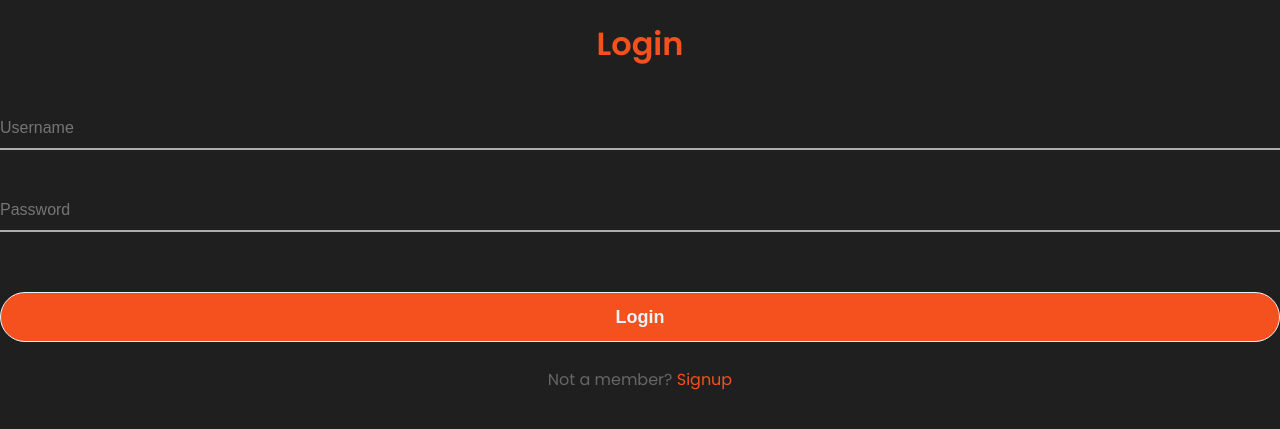
Repository: long5122000/Shopc
Page: login.html
These files come from the project's save history. The page is drawn as it stood at one moment and after the next save; the edit follows.
The browser window is 1280 px wide. The pictures show the whole page.
The style sheet was rebuilt from its Sass, Less or Tailwind sources for each picture, by a compiler version that may differ from the author's.

Above is the page before, as saved 2021-11-30 21:23:40.

### login.html
<!DOCTYPE html>
<html lang="en">
  <head>
    <meta charset="UTF-8" />
    <meta http-equiv="X-UA-Compatible" content="IE=edge" />
    <meta name="viewport" content="width=device-width, initial-scale=1.0" />
    <title>Document</title>
    <link rel="stylesheet" href="./css/app.css" />
  </head>
  <body>
    <div class="container-rs">
      <h1 class="register__title">Login</h1>
      <form>
        <div class="form-control">
          <input
            class="register__form"
            type="text"
            id="username"
            placeholder="Username"
          />
          <span></span>
          <small></small>
        </div>

        <div class="form-control">
          <input type="password" id="password" placeholder="Password" />
          <span></span>
          <small></small>
        </div>

        <input type="submit" value="Login" />
        <div class="signup_link">
          Not a member? <a href="./register.html">Signup</a>
        </div>
      </form>
    </div>
  </body>
</html>

### sass/app.scss
@import "variables";
@import "reset";
@import "mixin";
@import "base";
@import "header";
@import "cart";
@import "search";
@import "info";
@import "home";
@import "category";
@import "about";
@import "hot";
@import "discount";
@import "new";
@import "newsletter";
@import "footer";
@import "modal";
@import "scroll";
@import "register";
@import "breakpoints";

### sass/_variables.scss
@import url("https://fonts.googleapis.com/css2?family=Poppins:wght@400;500;600;900&display=swap");
:root {
  --header-height: 3.5rem;
  /* Colors */
  --hue: 14;
  --first-color: hsl(var(--hue), 91%, 54%);
  --menu-color: hsl(31, 76%, 74%);
  --button-color: hsl(0, 0%, 24%);
  --button-color-alt: hsl(0, 0%, 28%);
  --title-color: hsl(0, 0%, 95%);
  --text-color: hsl(0, 0%, 75%);
  --body-color: hsl(0, 0%, 12%);
  --container-color: hsl(0, 0%, 16%);
  --border-color: hsl(0, 0%, 20%);
  --border-color: hsl(0, 0%, 94%);
  --dark1: #3e363f;
  --dark2: #212527;
  --light1: #fffce8;
  --light2: #edf7f6;
  --red: #df4747;
  --green: #47df5b;
  --transition250: all 250ms ease-in-out;
  --transition500: all 500ms ease-in-out;
  /* Font and typography */
  --body-font: "Poppins", sans-serif;
  --biggest-font-size: 2rem;
  --h1-font-size: 1.5rem;
  --h2-font-size: 1.25rem;
  --h3-font-size: 1rem;
  --normal-font-size: 0.938rem;
  --small-font-size: 0.813rem;
  /* font weight */
  --font-medium: 500;
  --font-semi-bold: 600;
  --font-black: 900;
  /* margenes bottom */
  --mb-0-25: 0.25rem;
  --mb-0-5: 0.5rem;
  --mb-0-75: 0.75rem;
  --mb-1: 1rem;
  --mb-1-5: 1.5rem;
  --mb-2: 2rem;
  --mb-2-5: 2.5rem;
  /* z-index */
  --z-tooltip: 10;
  --z-fixed: 100;

  @media screen and (min-width: 992px) {
    --biggest-font-size: 4rem;
    --h1-font-size: 2.25rem;
    --h2-font-size: 1.5rem;
    --h3-font-size: 1.25rem;
    --normal-font-size: 1rem;
    --small-font-size: 0.875rem;
    --smaller-font-size: 0.813rem;
  }
}

/*=============== GOOGLE FONTS ===============*/

### sass/_reset.scss
html {
  box-sizing: border-box;
}
* {
  margin: 0;
  padding: 0;
}
*,
*:before,
*:after {
  box-sizing: border-box;
}
input,
textarea,
select,
button {
  outline: none;
  border: none;
}
input {
  line-height: normal;
}
label,
button {
  cursor: pointer;
}
a {
  text-decoration: none;
}
img {
  display: block;
  max-width: 100%;
}

### sass/_mixin.scss
@mixin flex(
  $align: flex-start,
  $justify: flex-start,
  $wrap: nowrap,
  $dir: row
) {
  display: flex;
  justify-content: $justify;
  align-items: $align;
  flex-wrap: $wrap;
  flex-direction: $dir;
}
@mixin maxw($breakpoint) {
  @media screen and (max-width: $breakpoint) {
    @content;
  }
}
@mixin minw($breakpoint) {
  @media screen and (min-width: $breakpoint) {
    @content;
  }
}
@mixin center {
  display: flex;
  justify-content: center;
  align-items: center;
}

### sass/_base.scss
* {
  box-sizing: border-box;
  padding: 0;
  margin: 0;
}
html {
  scroll-behavior: smooth;
}
body {
  margin: var(--header-height) 0 0 0;
  font-family: var(--body-font);
  font-size: var(--normal-font-size);
  background: var(--body-color);
  color: var(--text-color);
}
h1,
h2,
h3,
h4 {
  color: var(--title-color);
  font-weight: var(--font-semi-bold);
}
ul {
  list-style: none;
}
.section {
  padding: 4.5rem 0 2rem;
}
.section__title {
  font-size: var(--h2-font-size);
  margin-bottom: var(--mb2);
  text-align: center;
}
.container {
  max-width: 1240px;
  margin-left: var(--mb-1-5);
  margin-right: var(--mb-1-5);
}
.grid {
  display: grid;
}
.main {
  overflow: hidden;
}
::-webkit-scrollbar {
  width: 0.6rem;
  background: #413e3e;
}
::-webkit-scrollbar-thumb {
  background: #272525;
  border-radius: 0.5rem;
}
.button {
  display: inline-block;
  background-color: var(--first-color);
  color: var(--title-color);
  padding: 1rem 1.75rem;
  border-radius: 0.5rem;
  font-weight: var(--font-medium);
  transition: 0.3s;
  &:hover {
    background-color: var(--first-color-alt);
  }
  &--ghost {
    border: 2px solid;
    background-color: transparent;
    border-radius: 3rem;
    padding: 0.75rem 1.5rem;
    &:hover {
      background: none;
    }
  }
  &__icon {
    font-size: 1.25rem;
  }
  &--link {
    color: var(--title-color);
  }
  &--flex {
    display: inline-flex;
    align-items: center;
    column-gap: 0.5rem;
  }
}

### sass/_header.scss
.header {
  width: 100%;
  background: var(--body-color);
  position: fixed;
  top: 0;
  left: 0;
  z-index: var(--z-fixed);
}
.nav {
  height: var(--header-height);
  @include flex(center, space-between);
  &__logo {
    @include flex(center);
    column-gap: 0.5rem;
    font-weight: var(--font-medium);
    &-img {
      width: 1.25rem;
    }
  }
  &__link,
  &__logo,
  &__toggle,
  &__close {
    color: var(--title-color);
  }
  &__toggle {
    font-size: 1.25rem;
    cursor: pointer;
  }
  @include maxw(767px) {
    &__menu {
      position: fixed;
      width: 100%;
      background: var(--container-color);
      top: -150%;
      left: 0;
      padding: 3.5rem 0;
      transition: 0.4s;
      z-index: var(--z-fixed);
      border-radius: 0 0 1.5rem 1.5rem;
    }
  }
  &__img {
    width: 100px;
    position: absolute;
    top: 0;
    left: 0;
  }
  &__close {
    font-size: 1.8rem;
    position: absolute;
    top: 0.5rem;
    right: 0.7rem;
    cursor: pointer;
  }
  &__list {
    @include flex(center, flex-start, nowrap, column);
    row-gap: 1.5rem;
  }
  &__link {
    text-transform: uppercase;
    font-weight: var(--font-black);
    transition: 0.4;
    &:hover {
      color: var(--text-color);
    }
  }
  &__btns {
    display: flex;
    font-size: var(--h2-font-size);
    gap: 0 20px;
  }
  &__shop {
    font-size: 1.25rem;
    cursor: pointer;
  }
}

.show-menu {
  top: 0;
}

.active {
  &-link {
    position: relative;
    &::before {
      content: "";
      position: absolute;
      bottom: -0.75rem;
      left: 45%;
      width: 5px;
      height: 5px;
      background-color: var(--title-color);
      border-radius: 50%;
    }
  }
}

### sass/_cart.scss
/*=============== CART ===============*/
.cart {
  position: fixed;
  background-color: rgb(59, 59, 59);
  z-index: var(--z-fixed);
  width: 100%;
  height: 100%;
  top: 0;
  right: -100%;
  padding: 3.5rem 2rem;
  transition: 0.4s;
  overflow-y: scroll;

  &__title-center {
    font-size: var(--h2-font-size);
    text-align: center;
    margin-bottom: var(--mb-3);
  }

  &__close {
    font-size: 2rem;
    color: var(--title-color);
    position: absolute;
    top: 1.25rem;
    right: 0.9rem;
    cursor: pointer;
  }

  &__container {
    display: grid;
    row-gap: 1.5rem;
  }

  &__card {
    display: flex;
    align-items: center;
    column-gap: 1rem;
  }
  &__box {
    background-color: var(--container-color);
    padding: 0.75rem 1.25rem;
    border: 1px solid #5c5c5c;
  }
  &__img {
    width: 50px;
  }
  &__title {
    font-size: var(--normal-font-size);
    margin-bottom: 0.5rem;
  }
  &__price {
    display: block;
    font-size: var(--small-font-size);
    color: var(--menu-color);
    margin-bottom: var(--mb-1-5);
  }
  &__amount,
  &__amount-content {
    display: flex;
    align-items: center;
  }
  &__amount {
    column-gap: 3rem;

    &-content {
      column-gap: 1rem;
    }
    &-box {
      display: inline-flex;
      padding: 0.25rem;
      background-color: var(--container-color);
      border: 1px solid var(--border-color);
      cursor: pointer;
    }
    &-trash {
      font-size: 1.15rem;
      color: var(--menu-color);
      cursor: pointer;
    }
  }
  &__prices {
    margin-top: 6rem;
    display: flex;
    justify-content: space-between;

    &-item,
    &-total {
      color: var(--title-color);
    }
    &-item {
      font-size: var(--small-font-size);
    }
    &-total {
      font-size: var(--h3-font-size);
      font-weight: var(--font-medium);
    }
  }
  &::-webkit-scrollbar {
    display: none;
  }
}

/* Show cart */
.show-cart {
  right: 0;
}

### sass/_search.scss
.search-box {
  width: 1px;
  height: 30px;
  background-color: rgb(88, 88, 88);
  position: relative;

  transition: all 0.5s ease;
  border-radius: 15px;
}

.search-box.open {
  width: 220px;
}

.search-input {
  width: 100%;
  height: 100%;
  border: none;
  box-shadow: none;
  background: transparent;
  color: #fff;
  padding: 20px 20px;
  font-size: 20px;
}

.search-btn {
  color: rgba(191, 191, 191);
  outline: none;
  border: none;

  position: absolute;
  right: -0;
  top: 0;
  cursor: pointer;
  font-size: 25px;
  background-color: transparent;
}

### sass/_info.scss
.info {
  position: fixed;
  background-color: rgb(59, 59, 59);
  z-index: var(--z-fixed);
  width: 100%;
  height: 100%;
  top: 0;
  right: -100%;
  padding: 5.5rem 1rem;
  transition: 0.4s;
  overflow-y: scroll;
  &__close {
    font-size: 2rem;
    color: var(--title-color);
    position: absolute;
    top: 1.25rem;
    right: 0.9rem;
    cursor: pointer;
  }
}
.show-info {
  right: 0;
}

### sass/_home.scss
.home {
  &__content {
    row-gap: 1rem;
  }
  &__group {
    display: grid;
    position: relative;
    padding-top: 2rem;
  }
  &__image {
    height: 250px;
    justify-self: center;
  }
  &__indicator {
    width: 8px;
    height: 8px;
    background-color: var(--title-color);
    border-radius: 50%;
    position: absolute;
    top: 7rem;
    right: 2rem;
    &::after {
      content: "";
      position: absolute;
      width: 1px;
      height: 48px;
      background-color: var(--title-color);
      top: -3rem;
      right: 45%;
    }
  }
  &__details {
    &-img {
      position: absolute;
      right: 0.5rem;
    }
    &-title,
    &-subtitle {
      display: block;
      font-size: var(--small-font-size);
      text-align: right;
    }
  }
  &__subtitle {
    font-size: var(--h3-font-size);
    text-transform: uppercase;
    margin-bottom: var(--mb-1);
  }
  &__title {
    font-size: var(--biggest-font-size);
    font-weight: var(--font-black);
    line-height: 109%;
    margin-bottom: var(--mb-1);
  }
  &__description {
    margin-bottom: var(--mb-1);
  }
  &__buttons {
    @include flex(center, space-between);
  }
}

.swiper {
  &-pagination {
    position: initial;
    margin-top: var(--mb-1);
    &-bullet {
      width: 5px;
      height: 5px;
      background-color: var(--title-color);
      opacity: 1;
    }
  }
}
.swiper-pagination-horizontal.swiper-pagination-bullets .swiper-pagination-bullet {
  margin: 0 0.5rem;
}
.swiper-pagination-bullet-active {
  width: 1.5rem;
  height: 5px;
  border-radius: 0.5rem;
}

### sass/_category.scss
.category {
  &__container {
    grid-template-columns: repeat(2, 1fr);
    gap: 1rem 2rem;
  }
  &__data {
    text-align: center;
  }
  &__image {
    width: 120px;
    margin: 0 auto;
    transition: 0.3s;
  }
  &__title {
    margin-bottom: var(--mb-0-25);
  }
  &__data:hover {
    .category {
      &__image {
        transform: translateY(-0.5rem);
      }
    }
  }
}
.scroll {
  &-header {
    background: var(--container-color);
  }
}

### sass/_about.scss
.about {
  &__container {
    row-gap: 2rem;
  }
  &__data {
    text-align: center;
  }
  &__description {
    margin-bottom: var(--mb-2);
  }
  &__image {
    width: 200px;
    justify-self: center;
  }
}

### sass/_hot.scss
.hot {
  &__container {
    grid-template-columns: repeat(2, 1fr);
    gap: 1.5rem;
    padding: 1rem;
  }
  &__content {
    position: relative;
    background: var(--container-color);
    border-radius: 1rem;
    padding: 1.5rem 0 1rem 0;
    text-align: center;
    overflow: hidden;

    &:hover .hot__image {
      transform: translateY(-0.5rem);
    }
    &:hover .hot__button {
      right: 0;
    }
  }
  &__image {
    width: 90px;
    transition: 0.3s;
    margin: 0 auto;
  }
  &__subtitle,
  &__price {
    display: block;
  }
  &__subtitle {
    font-size: var(--smaller-font-size);
    margin-bottom: var(--mb-0-5);
  }
  &__title,
  &__price {
    color: var(--title-color);
    font-weight: var(--font-medium);
    font-size: var(--normal-font-size);
  }
  &__button {
    display: flex;
    flex-direction: column;
    gap: 5px 0;
    padding: 0.5rem;
    border-radius: 0.25rem 0.25rem 0.75rem 0.25rem;
    position: absolute;
    right: -3rem;
    bottom: 0;
  }
  &__icon {
    font-size: 1.25rem;
    color: var(--title-color);
    &--bt {
      border-bottom: 1px solid gray;
      padding-bottom: 4px;
    }
    &:hover {
      color: var(--first-color);
    }
  }
}

### sass/_discount.scss
.discount {
  &__container {
    background: var(--container-color);
    border-radius: 1rem;
    padding: 2.5rem 0 1.5rem;
    row-gap: 0.75rem;
  }
  &__data {
    text-align: center;
  }
  &__title {
    font-size: var(--h2-font-size);
    margin-bottom: var(--mb-2);
  }
  &__image {
    width: 200px;
    justify-self: center;
  }
}

### sass/_new.scss
.new {
  &__container {
    padding-top: 1rem;
  }
  &__image {
    width: 120px;
    height: 120px;
    transition: 0.3s;
    margin: 0 auto;
    margin-bottom: var(--mb-0-5);
  }
  &__content {
    position: relative;
    background: var(--container-color);
    width: 242px;
    padding: 2rem 0 1.5rem 0;
    border-radius: 0.75rem;
    text-align: center;
    overflow: hidden;

    &:hover .new__image {
      transform: translateY(-0.5rem);
    }
    &:hover .new__button {
      right: 0;
    }
  }
  &__tag {
    position: absolute;
    top: 8%;
    left: 8%;
    background-color: var(--first-color);
    color: var(--title-color);
    font-size: var(--small-font-size);
    padding: 0.25rem 0.5rem;
    border-radius: 0.25rem;
  }
  &__title {
    font-size: var(--normal-font-size);
    font-weight: var(--font-medium);
  }
  &__subtitle {
    display: block;
    font-size: (--small-font-size);
    margin-bottom: var(--mb-0-5);
  }
  &__prices {
    display: inline-flex;
    align-items: center;
    column-gap: 0.5rem;
  }
  &__price {
    font-weight: var(--font-medium);
    color: var(--title-color);
  }
  &__discount {
    color: var(--first-color);
    font-size: var(--small-font-size);
    text-decoration: line-through;
    font-weight: var(--font-medium);
  }
  &__button {
    display: flex;
    flex-direction: column;
    gap: 5px 0;
    padding: 0.5rem;
    border-radius: 0.25rem 0.25rem 0.75rem 0.25rem;
    position: absolute;
    bottom: 0;
    right: -3rem;
  }

  &__icon {
    font-size: 1.25rem;
    color: var(--title-color);
    &--bt {
      border-bottom: 1px solid gray;
      padding-bottom: 4px;
    }
    &:hover {
      color: var(--first-color);
    }
  }
}

### sass/_newsletter.scss
.newsletter {
  &__description {
    text-align: center;
    margin-bottom: var(--mb-1-5);
  }
  &__form {
    background: var(--container-color);
    padding: 1rem;
    @include flex(center, space-between);
    // display: flex;
    // justify-content: space-between;
    border-radius: 0.75rem;
  }
  &__input {
    width: 70%;
    padding: 0 0.5rem;
    background: none;
    color: var(--title-color);
    &::placeholder {
      color: var(--text-color);
    }
  }
}

### sass/_footer.scss
.footer {
  position: relative;
  overflow: hidden;
  &__image {
    &-one,
    &-two {
      position: absolute;
      transition: 0.3s;
      &:hover {
        transform: translateY(-0.5rem);
      }
    }
    &-one {
      width: 100px;
      top: 6rem;
      right: -2rem;
    }
    &-two {
      width: 150px;
      bottom: 4rem;
      right: 4rem;
    }
  }
  &__container {
    row-gap: 2rem;
  }
  &__logo {
    @include flex(center);
    column-gap: 0.5rem;
    margin-bottom: var(--mb-1);
    font-weight: var(--font-medium);
    color: var(--title-color);
    &-image {
      width: 20px;
    }
  }
  &__description {
    margin-bottom: var(--mb-2-5);
  }
  &__social {
    display: flex;
    column-gap: 0.75rem;
    &-link {
      display: inline-flex;
      background: var(--container-color);
      padding: 0.25rem;
      border-radius: 0.25rem;
      color: var(--title-color);
      font-size: 1rem;
      &:hover {
        background: var(--body-color);
      }
    }
  }
  &__title {
    font-size: var(--h3-font-size);
    margin-bottom: var(--mb-1);
  }
  &__links {
    display: grid;
    row-gap: 0.35rem;
  }
  &__link {
    font-size: var(--small-font-size);
    color: var(--text-color);
    transition: 0.3s;
    &:hover {
      color: var(--title-color);
    }
  }
  &__copy {
    display: block;
    text-align: center;
    font-size: var(--smaller-font-size);
    margin-top: 4.5rem;
  }
}

### sass/_modal.scss
.modal {
  position: fixed;
  top: 0;
  height: 100%;
  width: 100%;
  background: var(--container-color);
  transition: var(--transition250);
  opacity: 0;
  visibility: hidden;
  z-index: 100;
  border-radius: 8px;
  &__main {
    display: grid;
    grid-template-columns: 1fr;
    padding: 0 10px;
  }
  &__image {
    height: 100%;
    width: 100%;
    margin-top: var(--mb-2-5);
  }
  &__title {
    font-size: var(--h1-font-size);
    text-align: center;
    margin-top: var(--mb-2);
    margin-bottom: var(--mb-1-5);
  }
  &__desc {
    margin-bottom: var(--mb-1-5);
  }
  &__price {
    font-size: var(--h2-font-size);
    color: var(--first-color);
    margin-bottom: var(--mb-1-5);
  }
  &__button {
    text-align: center;
  }
  &__close {
    position: absolute;
    right: 5px;
    top: 5px;
    font-size: 2.5rem;
  }
}
.show-modal {
  opacity: 1;
  visibility: unset;
}

### sass/_scroll.scss
.scrollup {
  position: fixed;
  background: var(--first-color);
  right: 1rem;
  bottom: -20%;
  display: inline-flex;
  padding: 0.3rem;
  border-radius: 0.25rem;
  z-index: var(--z-tooltip);
  opacity: 0.8;
  transition: 0.4s;
  &:hover {
    background: var(--container-color);
    opacity: 1;
  }
  &__icon {
    font-size: 1.2rem;
    color: var(--title-color);
  }
}
.show-scroll {
  bottom: 3rem;
}

### sass/_register.scss
.register {
  &__container {
    position: absolute;
    top: 50%;
    left: 50%;
    transform: translate(-50%, -50%);
    width: 400px;
    background: white;
    border-radius: 10px;
    box-shadow: 0px 0px 15px rgba(0, 0, 0, 0.05);
  }

  &__title {
    text-align: center;
    padding-top: 20px;
    color: var(--first-color);
  }
  form {
    padding: 0 40px;
  }
}

.form-control {
  position: relative;
  border-bottom: 2px solid #adadad;
  margin: 40px 0;
}

.form-control.success {
  border-bottom-color: var(--first-color);
}

.form-control.error {
  border-bottom-color: #e74c3c;
}

.form-control input {
  width: 100%;
  height: 40px;
  font-size: 16px;
  border: none;
  background: none;
  outline: none;
}

small {
  position: absolute;
  left: 0;
  top: 100%;
  margin-top: 3px;
  color: #e74c3c;
}

.form-control span::before {
  content: "";
  position: absolute;
  top: 40px;
  left: 0;
  width: 0%;
  height: 2px;
  background: var(--first-color);
  transition: 0.3s;
}

.form-control input:focus ~ span::before {
  width: 100%;
}

input[type="submit"] {
  margin-top: 20px;
  width: 100%;
  height: 50px;
  border: 1px solid;
  background: var(--first-color);
  border-radius: 25px;
  font-size: 18px;
  color: #e9f4fb;
  font-weight: 700;
  cursor: pointer;
  outline: none;
  transition: 0.5s;
}

input[type="submit"]:hover {
  background-color: #fc7b6d;
}

.signup_link {
  margin: 25px 0;
  text-align: center;
  font-size: 16px;
  color: #666666;
}

.signup_link a {
  color: var(--first-color);
  text-decoration: none;
}

.signup_link a:hover {
  text-decoration: underline;
}

### sass/_breakpoints.scss
@include maxw(320px) {
  .container {
    margin-left: var(--mb-1);
    margin-right: var(--mb-1);
  }
  .home {
    &__image {
      height: 200px;
    }
    &__buttons {
      flex-direction: column;
      width: max-content;
      row-gap: 1rem;
    }
  }
  .category,
  .hot {
    &__container {
      grid-template-columns: 0.8fr;
      justify-content: center;
    }
  }
  .modal {
    &__title {
      margin-top: unset;
      margin-bottom: unset;
    }
    &__price {
      margin-bottom: var(--mb-1);
    }
  }
}

@include minw(576px) {
  .about {
    &__container {
      grid-template-columns: 0.8fr;
      justify-content: center;
    }
  }
  .newsletter {
    &__container {
      display: grid;
      grid-template-columns: 0.7fr;
      justify-content: center;
    }
    &__description {
      padding: 0 3rem;
    }
  }
}

@include minw(767px) {
  body {
    margin: 0;
  }
  .section {
    padding: 7rem 0 2rem;
  }
  .nav {
    height: calc(var(--header-height) + 1.5rem);
    &__img,
    &__close,
    &__toggle {
      display: none;
    }
    &__list {
      flex-direction: row;
      column-gap: 3rem;
    }
    &__link {
      text-transform: initial;
      font-weight: initial;
    }
  }
  .info,
  .cart {
    width: 420px;
    box-shadow: -2px 0 4px hsla(0, 0%, 15%, 0.1);
  }

  .home {
    &__content {
      padding: 8rem 0 2rem;
      grid-template-columns: repeat(2, 1fr);
      gap: 4rem;
    }
    &__image {
      height: 300px;
    }
  }
  .swiper {
    &-pagination {
      margin-top: var(--mb-2);
    }
  }
  .category {
    &__container {
      grid-template-columns: repeat(3, 200px);
      justify-content: center;
    }
    &__image {
      height: 200px;
    }
  }

  .about {
    &__container {
      grid-template-columns: repeat(2, 1fr);
      align-items: center;
    }
    &__title,
    &__data {
      text-align: initial;
    }
    &__image {
      width: 350px;
    }
  }
  .hot {
    &__container {
      grid-template-columns: repeat(3, 1fr);
      justify-content: center;
      gap: 2rem;
    }
  }
  .discount {
    &__container {
      grid-template-columns: repeat(2, max-content);
      justify-content: center;
      align-items: center;
      column-gap: 3rem;
      padding: 3rem 0;
      border-radius: 3rem;
    }
    &__image {
      width: 350px;
      order: -1;
    }
    &__data {
      padding-right: 6rem;
    }
  }
  .newsletter {
    &__container {
      grid-template-columns: 0.5fr;
    }
  }
  .new {
    &__image {
      height: 150px;
      width: 150px;
    }
  }
  .footer {
    &__container {
      grid-template-columns: repeat(4, 1fr);
      justify-content: center;
      column-gap: 1rem;
    }
    &__image {
      &-two {
        right: initial;
        bottom: 0;
        left: 15%;
      }
    }
  }
  .modal {
    width: 100%;
    height: 100%;

    &__main {
      position: absolute;
      top: 50%;
      transform: translateY(-50%);
    }
    &__image {
      padding: 0 50px;
      img {
        height: 300px;
        transform: translateX(25%);
      }
    }
  }
}

@include minw(992px) {
  .container {
    margin-left: auto;
    margin-right: auto;
  }
  .section {
    &__title {
      font-size: var(--h1-font-size);
      margin-bottom: 3rem;
    }
  }
  .home {
    &__content {
      padding-top: 9rem;
      gap: 3rem;
    }
    &__group {
      padding-top: 0;
    }
    &__image {
      height: 400px;
      transform: translateY(-3rem);
    }
    &__indicator {
      top: initial;
      right: initial;
      bottom: 15%;
      left: 45%;
      &::after {
        top: 0;
        height: 75px;
      }
    }
    &__details {
      &-img {
        bottom: 0;
        right: 58%;
      }
    }
    &__title {
      margin-bottom: var(--mb-1-5);
    }
    &__description {
      margin-bottom: var(--mb-2-5);
      padding-right: 2rem;
    }
  }
  .category {
    &__container {
      column-gap: 8rem;
    }
    &__image {
      width: 200px;
      margin-bottom: 20px;
    }
  }

  .about {
    &__container {
      column-gap: 7rem;
    }
    &__image {
      width: 450px;
    }
    &__description {
      padding-right: 2rem;
    }
  }
  .hot {
    &__container {
      gap: 3.5rem;
    }
    &__content {
      border-radius: 1.5rem;
    }
    &__image {
      width: 110px;
    }
    &__title {
      font-size: var(--h3-font-size);
    }
  }
  .discount {
    &__container {
      column-gap: 7rem;
    }
  }
  .new {
    &__content {
      width: 310px;
      border-radius: 1rem;
      padding: 2rem 0;
    }
    &__image {
      width: 150px;
      height: 150px;
    }
    &__image,
    &__subtitle {
      margin-bottom: var(--mb-1);
    }
    &__title {
      font-size: var(--h3-font-size);
    }
  }
  .footer {
    &__copy {
      margin-top: 6rem;
    }
  }
  .modal {
    &__main {
      grid-template-columns: 1fr 1fr;
    }
    &__image {
      padding: 0 50px;
      img {
        height: 300px;
        transform: unset;
      }
    }
  }
}
@include minw(1200px) {
  .home {
    &__image {
      height: 420px;
    }
  }
  .swiper {
    &-pagination {
      margin-top: var(--mb-2-5);
    }
  }
  .new {
    &__image {
      width: 150px;
      height: 150px;
    }
  }
  .footer {
    &__image {
      &-one {
        width: 120px;
      }
      &-two {
        width: 180px;
        top: 30%;
        left: -3%;
      }
    }
  }
  .modal {
    &__main {
      grid-template-columns: 1fr 1fr;
      left: 50%;
      top: 50%;
      transform: translate(-50%, -50%);
    }
    &__image {
      padding: 0 50px;
      img {
        height: 300px;
        transform: unset;
      }
    }
  }
}

After the next save:
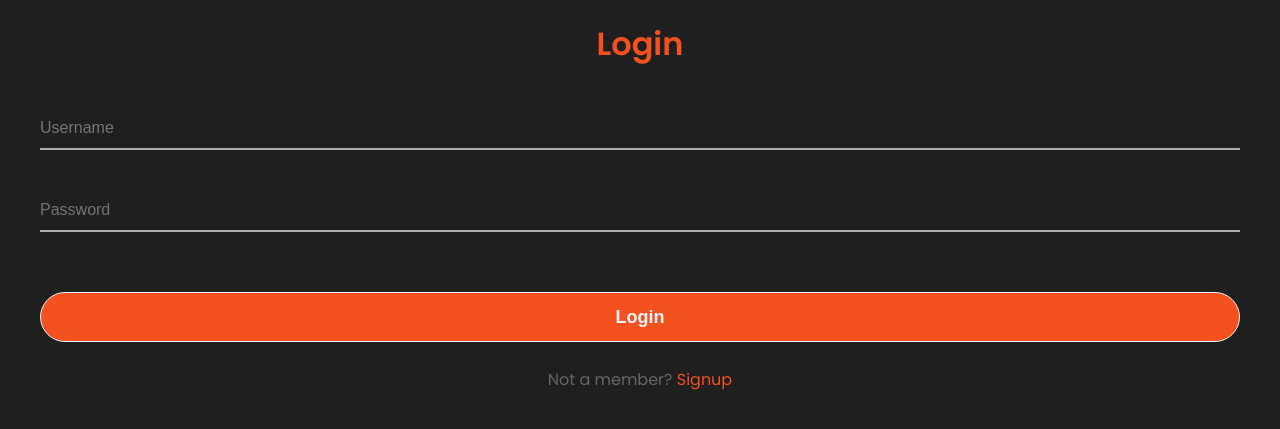
Saved 55 s later.
--- a/sass/_register.scss
+++ b/sass/_register.scss
@@ -9,17 +9,15 @@
     border-radius: 10px;
     box-shadow: 0px 0px 15px rgba(0, 0, 0, 0.05);
   }
-
   &__title {
     text-align: center;
     padding-top: 20px;
     color: var(--first-color);
   }
-  form {
-    padding: 0 40px;
-  }
 }
-
+form {
+  padding: 0 40px;
+}
 .form-control {
   position: relative;
   border-bottom: 2px solid #adadad;
